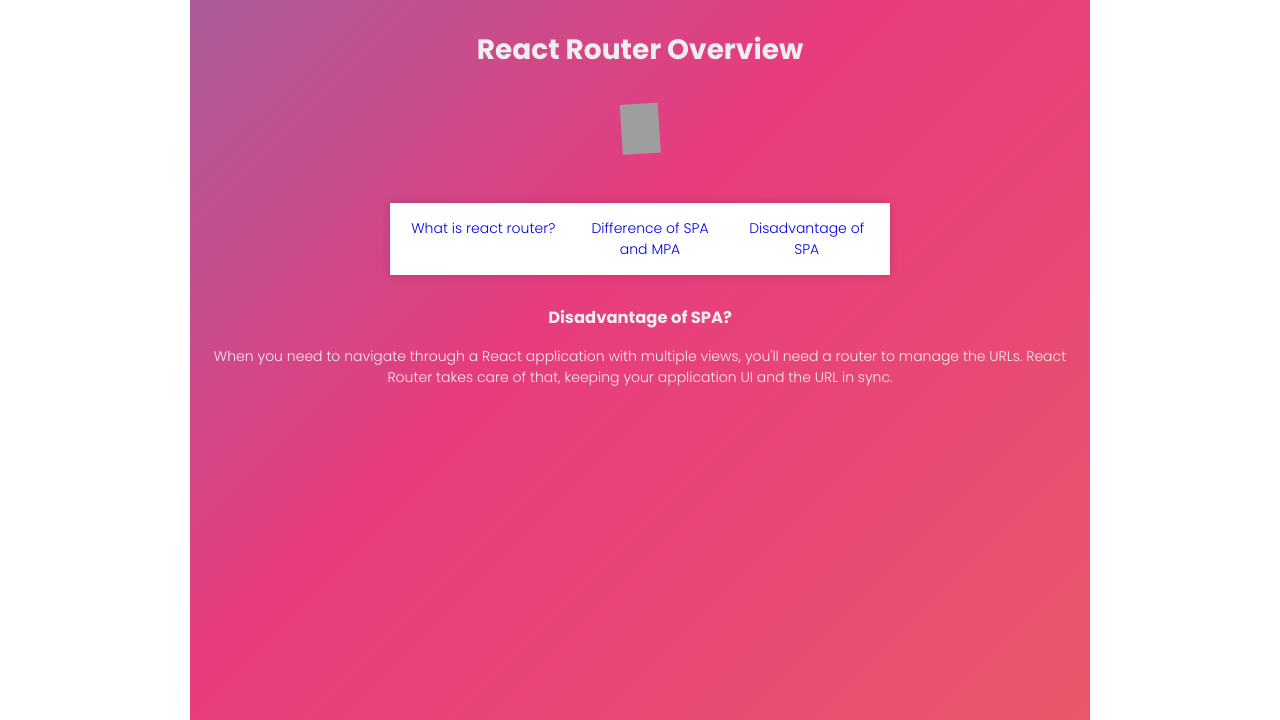
Repository: nguy3nds/2021-18-9-react
Page: /Why
An editor plug-in stored every save of this project. The page is shown before and after a run of saves, followed by the edit.
The browser window is 1280 px wide. The pictures show the whole page.
Pictures or frames that could not be fetched are drawn as grey boxes. The project was rebuilt for these pictures with package versions that can differ from the ones it lists, and the page was loaded fresh each time. Also part of the build but not shown: src/components/What.js, src/components/Why.js.

Above is the page before, as saved 2021-09-19 21:47:09.

After the next 2 saves:
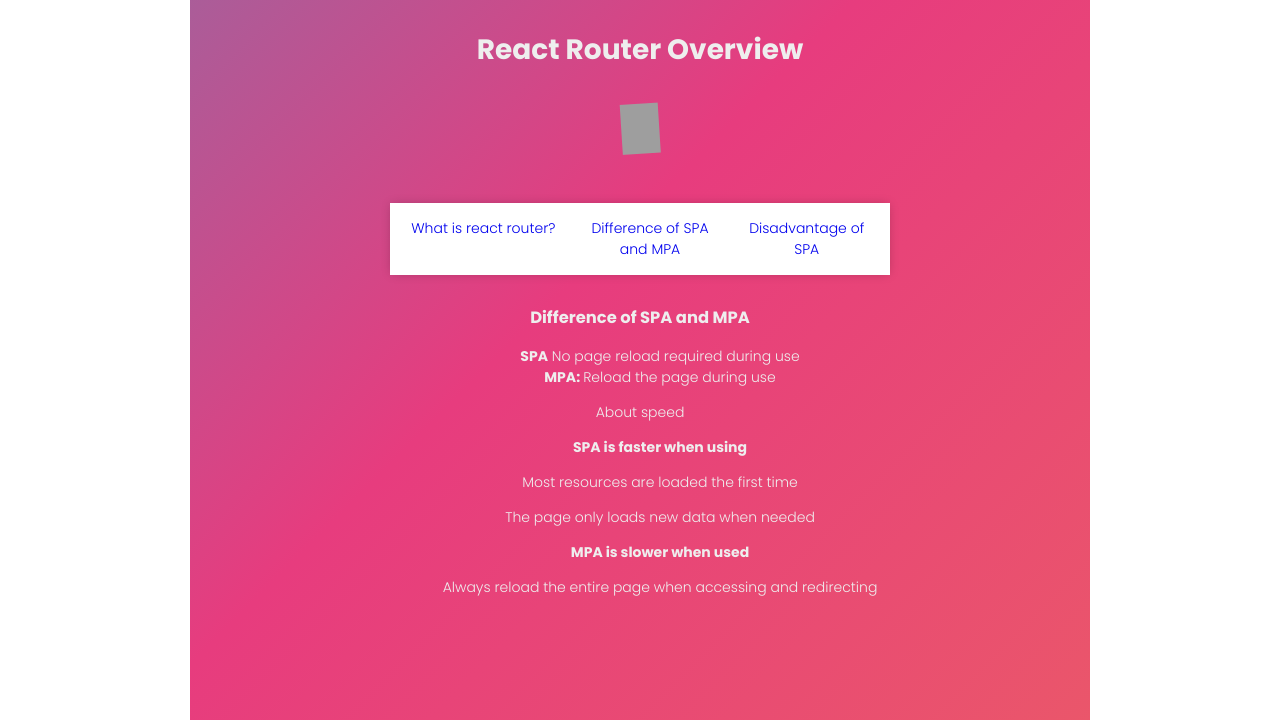
The 2 saves are shown as one change because 1 did not build or start.
The last was saved 30 s later.
--- a/src/components/How.js
+++ b/src/components/How.js
@@ -1,12 +1,27 @@
 export default function How() {
   return (
     <div>
-      <h3>Disadvantage of SPA?</h3>
-      <p>
-        When you need to navigate through a React application with multiple
-        views, you'll need a router to manage the URLs. React Router takes care
-        of that, keeping your application UI and the URL in sync.
-      </p>
+      <h3>Difference of SPA and MPA</h3>
+      <ul>
+        <li>
+          <b>SPA</b> No page reload required during use
+        </li>
+        <li>
+          <b>MPA: </b> Reload the page during use
+        </li>
+      </ul>
+      <p>About speed</p>
+      <ul>
+        <li>
+          <b>SPA is faster when using</b>
+          <p>Most resources are loaded the first time</p>
+          <p>The page only loads new data when needed</p>
+        </li>
+        <li>
+          <b>MPA is slower when used</b>
+          <p>Always reload the entire page when accessing and redirecting</p>
+        </li>
+      </ul>
     </div>
   );
 }
